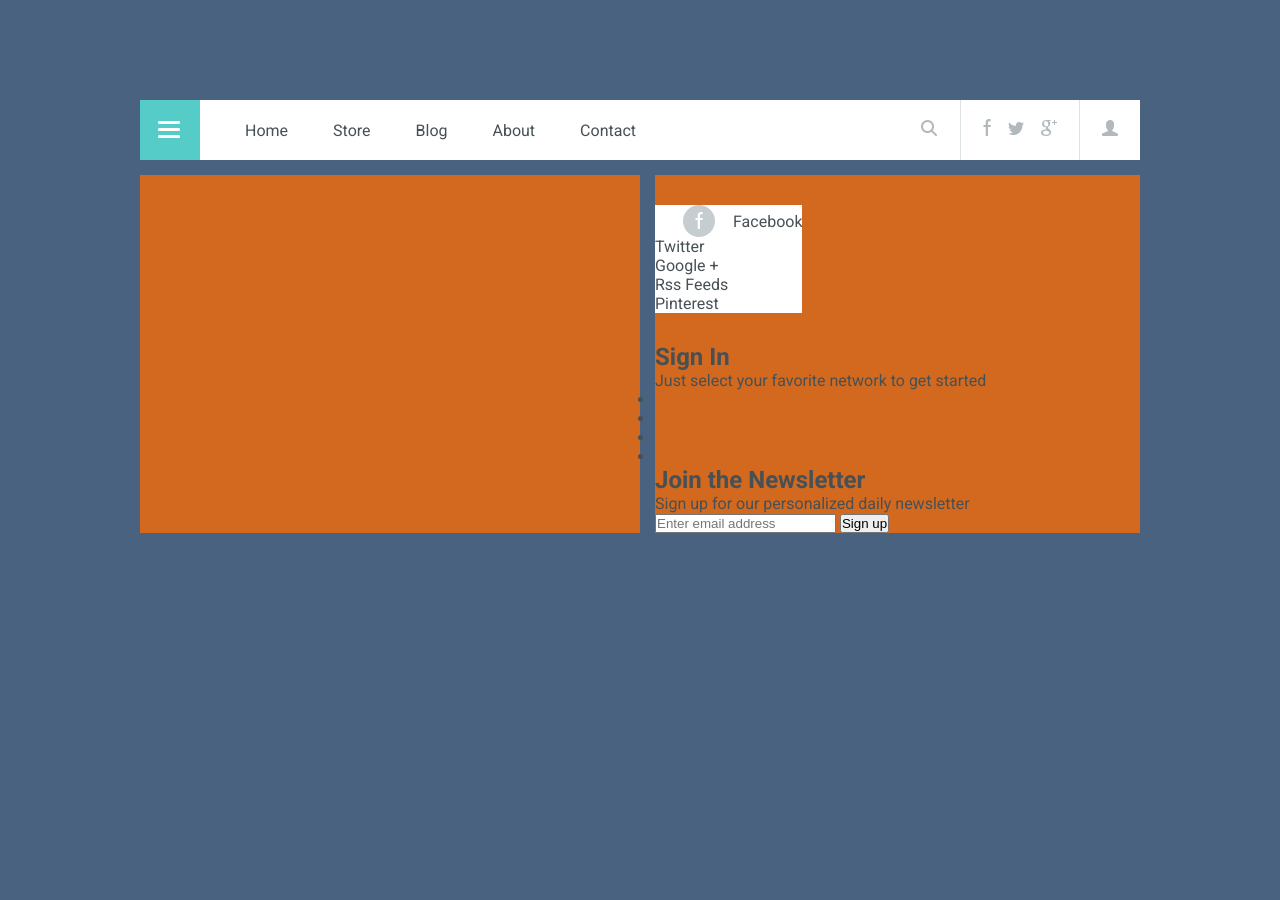
Repository: pawelczubak/WeeklyWebDevChallenge
Page: Challenge_4/index.html
These files come from the project's save history. The page is drawn as it stood at one moment and after the next save; the edit follows.
The browser window is 1280 px wide. The pictures show the whole page.
Some web libraries are served in a nearby version.

Above is the page before, as saved 2020-04-27 20:20:04.

### Challenge_4/index.html
<!DOCTYPE html>
<html lang="en">

<head>
    <meta charset="UTF-8">
    <meta name="viewport" content="width=device-width, initial-scale=1.0">

    <title>Weekly WebDev Challenge - 4</title>

    <link href="https://fonts.googleapis.com/css2?family=Roboto:wght@300;400;700&display=swap" rel="stylesheet">
    <script src="https://kit.fontawesome.com/f64caa1a2c.js" crossorigin="anonymous"></script>

    <meta name="viewport" content="width = device-width, initial-scale=1, user-scalable=yes">
    <link rel="stylesheet" href="css/main.css">
</head>

<body>
    <div class="container">
        <!--  -----  NAVIGATION START  -----  -->
        <nav class="nav">
            <div class="nav-button">

                <svg xmlns="http://www.w3.org/2000/svg" xmlns:xlink="http://www.w3.org/1999/xlink" width="0.24in"
                    height="0.18in">
                    <path fill-rule="evenodd" fill="rgb(255, 255, 255)"
                        d="M20.653,17.008 L1.347,17.008 C0.603,17.008 -0.000,16.417 -0.000,15.690 L-0.000,15.372 C-0.000,14.644 0.603,14.055 1.347,14.055 L20.653,14.055 C21.397,14.055 22.000,14.644 22.000,15.372 L22.000,15.690 C22.000,16.417 21.397,17.008 20.653,17.008 ZM20.653,9.980 L1.347,9.980 C0.603,9.980 -0.000,9.390 -0.000,8.662 L-0.000,8.344 C-0.000,7.617 0.603,7.027 1.347,7.027 L20.653,7.027 C21.397,7.027 22.000,7.617 22.000,8.344 L22.000,8.662 C22.000,9.390 21.397,9.980 20.653,9.980 ZM20.653,2.952 L1.347,2.952 C0.603,2.952 -0.000,2.362 -0.000,1.635 L-0.000,1.317 C-0.000,0.589 0.603,-0.001 1.347,-0.001 L20.653,-0.001 C21.397,-0.001 22.000,0.589 22.000,1.317 L22.000,1.635 C22.000,2.362 21.397,2.952 20.653,2.952 Z" />
                </svg>

            </div>
            <ul class="nav-list">
                <li class="nav-list__item"><a href="#" class="nav-list__link">Home</a></li>
                <li class="nav-list__item"><a href="#" class="nav-list__link">Store</a></li>
                <li class="nav-list__item"><a href="#" class="nav-list__link">Blog</a></li>
                <li class="nav-list__item"><a href="#" class="nav-list__link">About</a></li>
                <li class="nav-list__item"><a href="#" class="nav-list__link">Contact</a></li>
            </ul>
            <div class="nav-icons">
                <div class="nav-icons__search">
                    <a href="#" class="nav-link__icon">
                        <svg xmlns="http://www.w3.org/2000/svg" xmlns:xlink="http://www.w3.org/1999/xlink"
                            width="0.18in" height="0.17in">
                            <path class="nav-icons__svg" fill-rule="evenodd" fill="rgb(178, 185, 189)"
                                d="M15.728,14.309 L11.786,10.388 C12.600,9.303 13.088,7.963 13.088,6.504 C13.088,2.908 10.157,-0.006 6.541,-0.006 C2.926,-0.006 -0.005,2.908 -0.005,6.504 C-0.005,10.100 2.926,13.014 6.541,13.014 C7.963,13.014 9.275,12.558 10.349,11.793 L14.304,15.726 C14.697,16.117 15.335,16.117 15.728,15.726 C16.121,15.335 16.121,14.700 15.728,14.309 ZM6.541,11.011 C4.038,11.011 2.009,8.994 2.009,6.504 C2.009,4.015 4.038,1.996 6.541,1.996 C9.044,1.996 11.073,4.015 11.073,6.504 C11.073,8.994 9.044,11.011 6.541,11.011 Z" />
                        </svg>
                    </a>
                </div>
                <ul class="nav-icons__social-list">
                    <li class="nav-icons__social-icons">
                        <a href="#" class="nav-link__icon">
                            <svg xmlns="http://www.w3.org/2000/svg" xmlns:xlink="http://www.w3.org/1999/xlink"
                                width="0.09in" height="0.18in">
                                <path class="nav-icons__svg" fill-rule="evenodd" fill="rgb(178, 185, 189)"
                                    d="M7.672,0.063 L6.069,0.063 C6.069,0.063 2.724,-0.188 2.724,3.338 C2.724,4.092 2.724,6.011 2.724,6.011 L0.453,6.011 L0.459,7.910 L2.723,7.910 L2.725,17.002 L5.000,17.002 L5.000,7.910 L7.507,7.910 L8.042,6.011 L5.013,6.011 L5.013,3.266 C5.013,3.266 4.988,2.341 6.072,2.341 L7.662,2.341 L7.672,0.063 Z" />
                            </svg>
                        </a>
                    </li>
                    <li class="nav-icons__social-icons">
                        <a href="#" class="nav-link__icon">
                            <svg xmlns="http://www.w3.org/2000/svg" xmlns:xlink="http://www.w3.org/1999/xlink"
                                width="0.17in" height="0.14in">
                                <path class="nav-icons__svg" fill-rule="evenodd" fill="rgb(178, 185, 189)"
                                    d="M16.027,1.547 C15.437,1.809 14.803,1.985 14.138,2.065 C14.817,1.659 15.338,1.015 15.584,0.250 C14.949,0.625 14.245,0.898 13.497,1.046 C12.897,0.408 12.043,0.009 11.097,0.009 C9.282,0.009 7.810,1.478 7.810,3.291 C7.810,3.547 7.839,3.799 7.895,4.039 C5.163,3.901 2.741,2.595 1.119,0.611 C0.837,1.095 0.674,1.658 0.674,2.259 C0.674,3.398 1.255,4.402 2.137,4.990 C1.598,4.974 1.091,4.825 0.648,4.579 C0.647,4.593 0.647,4.606 0.647,4.621 C0.647,6.211 1.781,7.537 3.285,7.838 C3.009,7.913 2.718,7.953 2.418,7.953 C2.207,7.953 2.000,7.933 1.800,7.894 C2.218,9.198 3.432,10.147 4.871,10.172 C3.746,11.053 2.328,11.578 0.788,11.578 C0.523,11.578 0.261,11.562 0.004,11.531 C1.459,12.462 3.187,13.006 5.043,13.006 C11.089,13.006 14.395,8.006 14.395,3.671 C14.395,3.529 14.393,3.387 14.387,3.246 C15.029,2.783 15.586,2.206 16.027,1.547 Z" />
                            </svg>
                        </a>
                    </li>
                    <li class="nav-icons__social-icons">
                        <a href="#" class="nav-link__icon">
                            <svg xmlns="http://www.w3.org/2000/svg" xmlns:xlink="http://www.w3.org/1999/xlink"
                                width="0.18in" height="0.18in">
                                <path class="nav-icons__svg" fill-rule="evenodd" fill="rgb(178, 185, 189)"
                                    d="M15.006,4.015 L15.006,5.999 L13.966,5.999 L13.966,4.015 L11.997,4.015 L11.997,3.013 L13.966,3.013 L13.966,0.971 L15.006,0.971 L15.006,3.013 L17.010,3.013 L17.010,4.015 L15.006,4.015 ZM8.900,2.055 C9.780,2.557 10.247,3.589 10.247,4.730 C10.247,5.777 9.666,6.620 8.845,7.259 C8.043,7.884 7.891,8.145 7.891,8.676 C7.891,9.129 8.849,9.803 9.290,10.132 C10.823,11.279 11.112,12.000 11.134,13.433 C11.162,15.338 9.199,17.001 6.054,17.001 C3.294,17.001 0.982,15.749 0.982,13.959 C0.982,11.258 2.897,10.385 5.657,10.385 C5.958,10.385 6.233,10.377 6.518,10.377 C6.141,10.013 5.836,9.697 5.836,9.144 C5.836,8.815 5.940,8.501 6.087,8.221 C5.938,8.231 5.785,8.241 5.627,8.241 C3.360,8.241 2.041,6.653 2.041,4.664 C2.041,2.715 4.050,0.969 6.459,0.969 C7.701,0.969 11.208,0.969 11.208,0.969 L10.147,2.055 L8.900,2.055 ZM6.121,11.642 C4.364,11.642 2.912,12.300 2.912,13.538 C2.912,14.799 4.207,15.828 5.999,15.828 C8.520,15.828 9.398,14.865 9.398,13.601 C9.398,13.449 9.394,13.295 9.341,13.156 C8.733,11.642 6.774,11.642 6.121,11.642 ZM8.249,4.923 C8.040,3.342 7.249,2.152 6.035,2.115 C4.820,2.079 3.755,3.182 3.966,4.764 C4.175,6.348 5.330,7.409 6.545,7.446 C7.760,7.481 8.458,6.507 8.249,4.923 Z" />
                            </svg>
                        </a>
                    </li>
                </ul>
                <div class="nav-icons__acount">
                    <a href="#" class="nav-link__icon">
                        <svg xmlns="http://www.w3.org/2000/svg" xmlns:xlink="http://www.w3.org/1999/xlink"
                            width="0.182in" height="0.18in">
                            <path class="nav-icons__svg" fill-rule="evenodd" fill="rgb(178, 185, 189)"
                                d="M15.993,17.030 L1.963,17.030 C1.394,17.030 0.932,16.569 0.932,15.999 L0.932,15.405 C0.932,14.535 1.963,14.374 1.963,14.374 L7.322,11.719 C5.880,10.561 5.056,8.283 5.056,7.156 L5.056,4.578 C5.056,2.871 6.903,0.969 9.181,0.969 C11.459,0.969 13.024,2.871 13.024,4.578 L13.024,7.156 C13.024,8.394 12.208,10.604 10.779,11.729 L15.993,14.374 C15.993,14.374 17.024,14.551 17.024,15.405 L17.024,15.999 C17.024,16.569 16.562,17.030 15.993,17.030 Z" />
                        </svg>
                    </a>
                </div>
            </div>
        </nav>

        <!--  -----  NAVIGATION END  -----  -->

        <!--  -----  MAIN START  -----  -->
        <main class="main">
            <!--  -----  MENU SECTION START  -----  -->
            <section class="menu-section"></section>
            <!--  -----  MENU SECTION END  -----  -->

            <!--  -----  SOCIAL SECTION START  -----  -->
            <section class="social-section">
                <article class="social-section__socials-container">
                    <ul class="socials-container__socials-list">
                        <li class="socials-container__socials-items">
                            <a href="#" class="socials-container__socials-link">
                                <div class="social-link__icon">
                                    <svg xmlns="http://www.w3.org/2000/svg" xmlns:xlink="http://www.w3.org/1999/xlink"
                                        width="0.09in" height="0.18in">
                                        <path class="nav-icons__svg" fill-rule="evenodd" fill="rgb(255, 255, 255)"
                                            d="M7.672,0.063 L6.069,0.063 C6.069,0.063 2.724,-0.188 2.724,3.338 C2.724,4.092 2.724,6.011 2.724,6.011 L0.453,6.011 L0.459,7.910 L2.723,7.910 L2.725,17.002 L5.000,17.002 L5.000,7.910 L7.507,7.910 L8.042,6.011 L5.013,6.011 L5.013,3.266 C5.013,3.266 4.988,2.341 6.072,2.341 L7.662,2.341 L7.672,0.063 Z" />
                                    </svg>
                                </div>
                                <p>Facebook</p>
                            </a>
                        </li>
                        <li class="socials-container__socials-items">
                            <a href="#" class="socials-container__socials-link">Twitter</a>
                        </li>
                        <li class="socials-container__socials-items">
                            <a href="#" class="socials-container__socials-link">Google +</a>
                        </li>
                        <li class="socials-container__socials-items">
                            <a href="#" class="socials-container__socials-link">Rss Feeds</a>
                        </li>
                        <li class="socials-container__socials-items">
                            <a href="#" class="socials-container__socials-link">Pinterest</a>
                        </li>
                    </ul>
                    <div class="socials-container__follow-items">
                        <div class="socials-container__facebook-widget"></div>
                        <div class="socials-container__twitter-widget"></div>
                    </div>
                </article>
                <article class="social-section__sign-in">
                    <h2 class="socials-container__header">Sign In</h2>
                    <p class="sign-in__paragraph">Just select your favorite network to get started</p>
                    <ul class="sign-in__list">
                        <li class="sign-in__item"><a href="#" class="sign-in__link"></a></li>
                        <li class="sign-in__item"><a href="#" class="sign-in__link"></a></li>
                        <li class="sign-in__item"><a href="#" class="sign-in__link"></a></li>
                        <li class="sign-in__item"><a href="#" class="sign-in__link"></a></li>
                    </ul>
                </article>
                <article class="social-section__newsletter">
                    <h2 class="socials-container__header">Join the Newsletter</h2>
                    <p class="newsletter__paragraph">Sign up for our personalized daily newsletter</p>
                    <form action="GET" class="newsletter__form">
                        <input placeholder="Enter email address" type="email" name="email" required
                            class="newsletter__input" autocomplete="off" />
                        <button class="newsletter__button" formenctype="multipart/form-data" type="submit">Sign
                            up</button>
                    </form>
                </article>
            </section>
            <!--  -----  SOCIAL SECTION END  -----  -->
        </main>
        <!--  -----  MAIN END  -----  -->


    </div>

    <script src="js/main.js" type="text/javascript"></script>
</body>

</html>

### Challenge_4/css/main.css
*,
*::after,
*::before {
    box-sizing: border-box;
    margin: 0;
    padding: 0;
}

/*------------------  GLOBAL START  ------------------*/
body {
    margin: 0;
    padding: 0;
    font: 16px 'Roboto', sans-serif;
    color: #475055;
    background-color: #49627f;
}

.container {
    max-width: 1000px;
    min-height: 700px;
    margin: 100px auto;
    overflow: hidden;
}

/*------------------  GLOBAL END  ------------------*/
/*------------------  NAV START  ------------------*/
.nav {
    position: relative;
    display: flex;
    justify-content: left;
    width: 100%;
    height: 60px;
    background-color: #ffffff;
    margin-bottom: 15px;
}

.nav-button {
    display: flex;
    align-items: center;
    justify-content: center;
    background-color: #56ccc8;
    width: 60px;
    cursor: pointer;
    pointer-events: none;
}

.nav-button:hover {
    background-color: #56ddd8;
}

.nav-list {
    display: flex;
    list-style: none;

}

.nav-list__item {
    padding-left: 45px;
    display: flex;
    align-items: center
}

.nav-list__link {
    text-decoration: none;
    color: #475055;
}

.nav-list__link:hover {
    color: #56ccc8;
}

.nav-icons {
    display: flex;
    align-items: center;
    margin-left: auto;
}

.nav-icons__search {
    width: 60px;
    display: flex;
    justify-content: center;
}

.nav-link__icon {}

.nav-icons__social-list {
    position: relative;
    display: flex;
    height: 100%;
    justify-content: space-around;
    align-items: center;
    width: 120px;
    padding: 0 15px;
}

.nav-icons__social-list::before,
.nav-icons__social-list::after {
    position: absolute;
    content: '';
    top: 0;
    height: 100%;
    width: 1px;
    background-color: #dde2e4;
}

.nav-icons__social-list::after {
    left: 0;
}

.nav-icons__social-list::before {
    right: 0;
}

.nav-icons__social-icons {
    list-style: none;
}

.nav-icons__acount {
    width: 60px;
    display: flex;
    justify-content: center;
}

.nav-link__icon:hover .nav-icons__svg {
    fill: #152840;
}

/*------------------  NAV END  ------------------*/
/*------------------  MAIN START  ------------------*/
.main {
    display: flex;
    width: 100%;
}

/*------------------  MENU SECTION START  ------------------*/
.menu-section {
    width: 50%;
    /*    !!!!!!!!!!  ONLY FOR TEST !!!!!! */
    min-heignt: 500px;
    background-color: chocolate;
}

/*------------------  MENU SECTION END  ------------------*/
/*------------------  SOCIAL SECTION START  ------------------*/
.social-section {
    width: calc(50% - 15px);
    margin-left: 15px;

    background-color: chocolate;

}

.social-section__socials-container {
    display: flex;
}

.socials-container__socials-list {
    list-style: none;
    background-color: #ffffff;
    margin: 30px 0;
}

.socials-container__socials-items {}

.social-link__icon {
    display: flex;
    justify-content: center;
    align-items: center;
    height: 32px;
    width: 32px;
    background-color: #c5cdd1;
    border-radius: 50%;
    margin: 0 18px 0 28px;
}

.socials-container__socials-link {
    display: flex;
    align-items: center;
    text-decoration: none;
    color: #475055;

}

/*------------------  SOCIAL SECTION END  ------------------*/

/*------------------  MAIN END  ------------------*/

/*------------------  MEDIAQUERY START  ------------------*/

@media screen and (max-width: 1024px) {
    .container {
        max-width: 95%;
    }
}

@media screen and (max-width: 800px) {
    .container {
        margin: 15px auto;
    }

    /*------------------  NAV START  ------------------*/
    .nav-button {
        pointer-events: all;
    }

    .nav-list {
        position: absolute;
        flex-direction: column;
        background-color: #ffffff;
        width: 50%;
        top: 60px;
        left: 0;
        height: 500px;
        justify-content: space-around;
        align-items: center;
        transform: translateX(-101%);
        transition: all 0.2s ease-in;
    }

    .nav-list__item {
        opacity: 0;
        padding: 0;
    }

    /*------------------  NAV END  ------------------*/
}

.nav-list--active {
    transform: translateX(0%);
}

/*------------------  MEDIAQUERY END  ------------------*/

/*------------------  ANIMATIONS  ------------------*/
@keyframes navLinkFade {
    from {
        opacity: 0;
        transform: translateX(-50px);
    }

    to {
        opacity: 1;
        transform: translateX(0px);
    }
}

### Challenge_4/js/main.js
const navSlide = () => {
    const burger = document.querySelector('.nav-button');
    const nav = document.querySelector('.nav-list');
    const navLinks = document.querySelectorAll('.nav-list__item');



    burger.addEventListener('click', () => {
        //Toggle nav
        nav.classList.toggle('nav-list--active');

        //Animate links
        navLinks.forEach((link, index) => {
            if (link.style.animation) {
                link.style.animation = ''
            } else {
                link.style.animation = `navLinkFade 0.5s ease forwards ${index / 7 + 0.2}s`;
            }

        });
    });


}

navSlide();

After the next save:
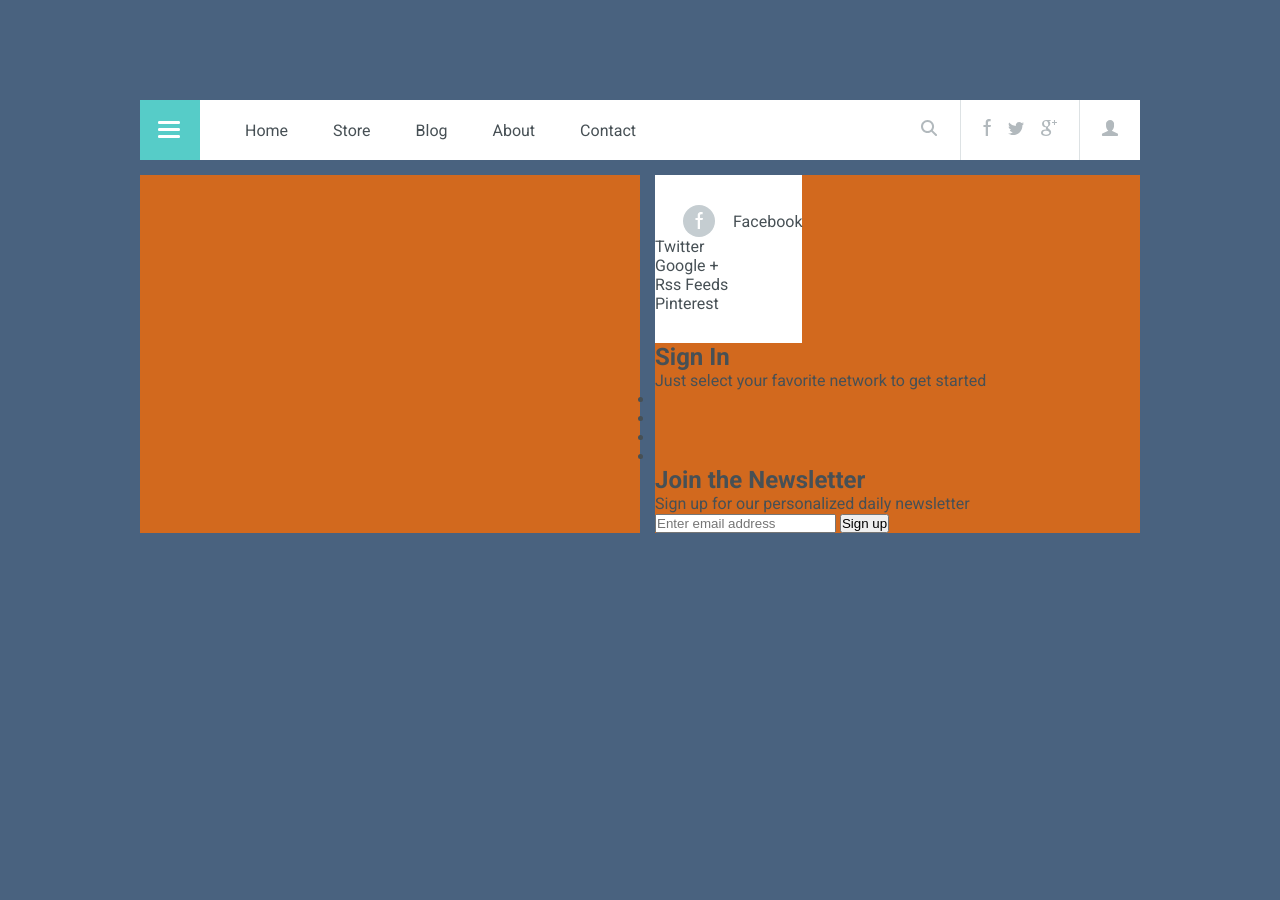
Saved 10 s later.
--- a/Challenge_4/css/main.css
+++ b/Challenge_4/css/main.css
@@ -157,7 +157,8 @@ body {
 .socials-container__socials-list {
     list-style: none;
     background-color: #ffffff;
-    margin: 30px 0;
+    padding: 30px 0;
+    padding: 30px 0;
 }
 
 .socials-container__socials-items {}
